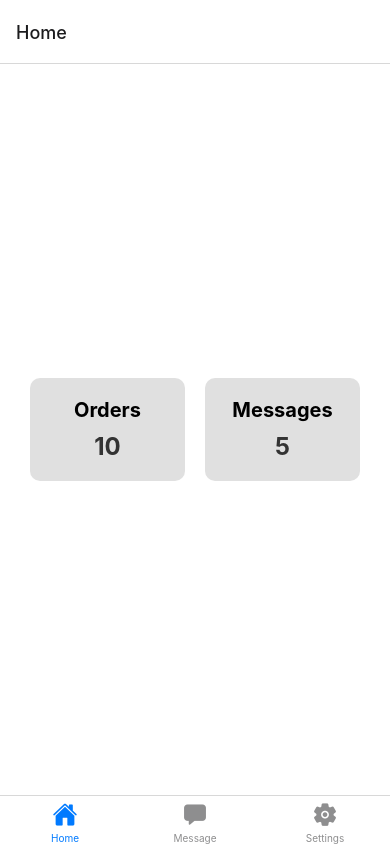
Repository: Waikato153/AwesomeProject
Screen: /
An editor plug-in stored every save of this project. The screen is shown before and after the next save, followed by the edit.
The app was drawn by React Native's web renderer in a window 390 px wide. The project was rebuilt for these pictures with package versions that can differ from the ones it lists, and the page was loaded fresh each time.

Above is the screen before, as saved 2024-02-28 15:53:58.

After the next save:
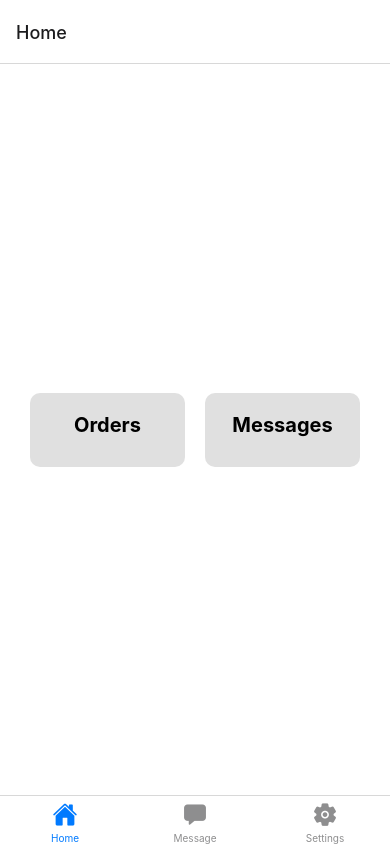
Saved 23 s later.
--- a/screens/HomeScreen.js
+++ b/screens/HomeScreen.js
@@ -6,11 +6,11 @@ const HomeScreen = () => {
     <View style={styles.container}>
       <View style={styles.block}>
         <Text style={styles.title}>Orders</Text>
-        <Text style={styles.count}>10</Text> {/* Example number of orders */}
+
       </View>
       <View style={styles.block}>
         <Text style={styles.title}>Messages</Text>
-        <Text style={styles.count}>5</Text> {/* Example number of messages */}
+
       </View>
     </View>
   );
